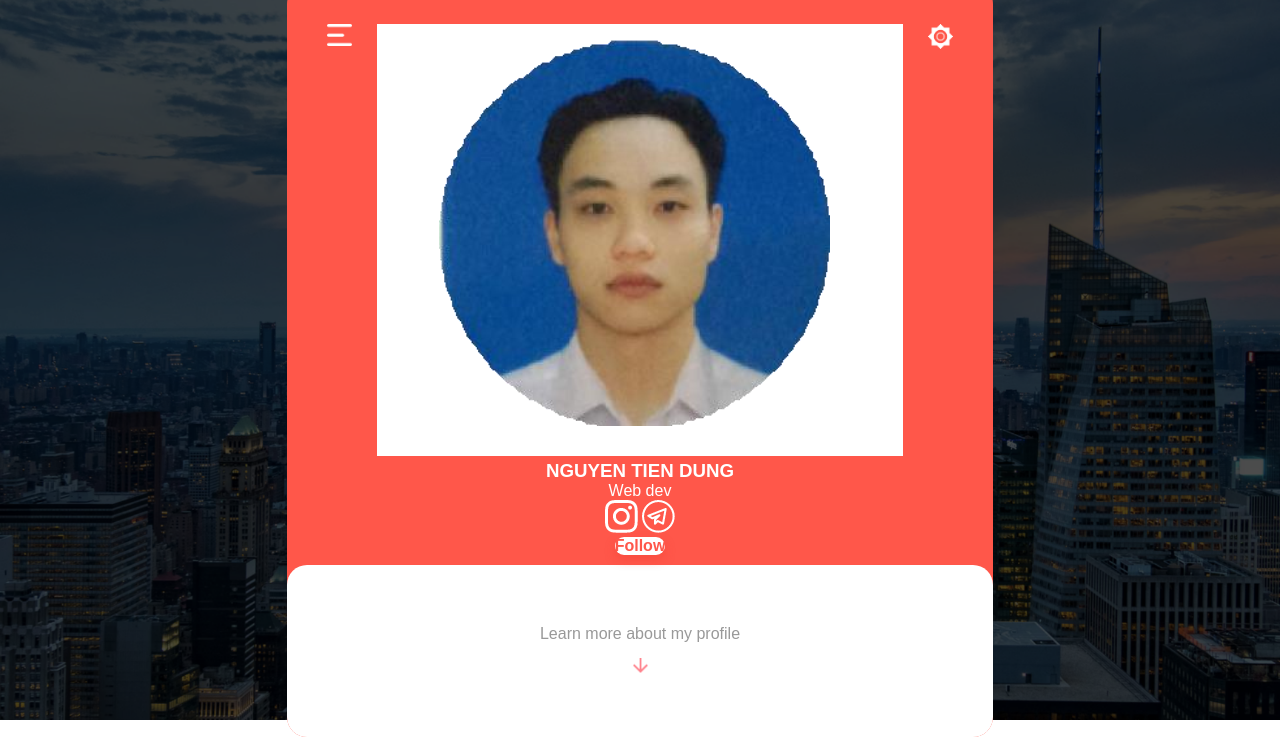
Repository: linhvuong864/profile
Page: Nguyen Tien Dung/index.html
These files come from the project's save history. The page is drawn as it stood at one moment and after the next save; the edit follows.
The browser window is 1280 px wide. The pictures show the whole page.

Above is the page before, as saved 2023-02-27 23:42:24.

### Nguyen Tien Dung/index.html
<!DOCTYPE html>
<html lang="en">
  <head>
    <meta charset="UTF-8" />
    <meta http-equiv="X-UA-Compatible" content="IE=edge" />
    <meta name="viewport" content="width=device-width, initial-scale=1.0" />
    <title>Profile: Nguyen Tien Dung</title>
    <link rel="stylesheet" href="style.css">
  </head>
  <body>
    <div class="container">
      <div class="profile-box">
        <img src="images/menu.png" class="menu-icon">
        <img src="images/setting.png" class="setting-icon">
        <img src="images/profile-pic.png" class="profile-pic">
        <h3>NGUYEN TIEN DUNG</h3>
        <p>Web dev</p>
        <div class="social-media">
            <img src="images/instagram.png" >
            <img src="images/telegram.png" >
        </div>
        <button type="button">Follow</button>
        <div class="profile-bottom">
            <p>Learn more about my profile</p>
            <img src="images/arrow.png" alt="">
        </div>
      </div>
    </div>
  </body>
</html>

### Nguyen Tien Dung/style.css
*{
    margin:0;
    padding: 0;
    box-sizing: border-box;
    font-family: 'poppins', sans-serif;

}
.container{
    width: 100%;
    height: 100vh;
    background-image: url(images/background.png);
    background-size: cover;
    background-position: center;
    display: flex;
    align-items: center;
    justify-content: center;
}
.profile-box{
    background: #ff574a;
    text-align: center;
    padding: 40px 90px;
    color: #fff;
    position: relative;
    border-radius: 20px;
}
.menu-icon{
    width: 25px;
    position: absolute;
    left: 40px;
    top: 40px;
}
.setting-icon{
    width: 25px;
    position: absolute;
    right: 40px;
    top: 40px;
}

.profile-bottom{
    background-color: #fff;
    color: #999;
     padding: 60px 0;
     margin-left: -90px;
     margin-right: -90px;
     margin-bottom: -40px;
     border-radius: 20px;
     margin-top: 10px;

}

.profile-bottom img{
    width: 15px;
    margin-top: 15px;
    cursor: pointer;
}
.profile-box button{
    background: #fff;
    color: #ff574a;
    border: none;
    outline: none;
    box-shadow: 0 5px 10px rgb(244, 67, 54, 0.5);
    border-radius: 30px;
    margin-bottom: -50px;
    font-weight: 600;
    font-size: 16px;
}

After the next save:
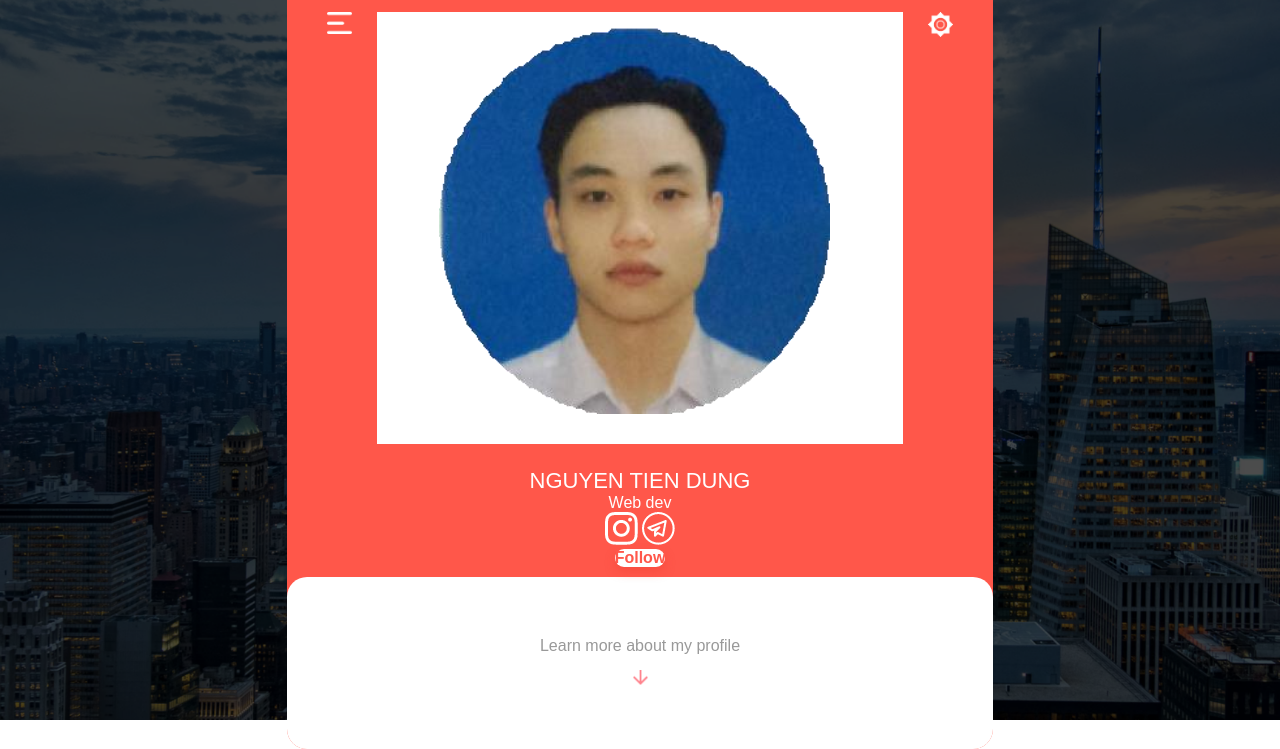
Saved 30 s later.
--- a/Nguyen Tien Dung/style.css
+++ b/Nguyen Tien Dung/style.css
@@ -64,3 +64,8 @@
     font-weight: 600;
     font-size: 16px;
 }
+.profile-box h3{
+    font-size: 22px;
+    margin-top: 20px;
+    font-weight: 500;
+}
